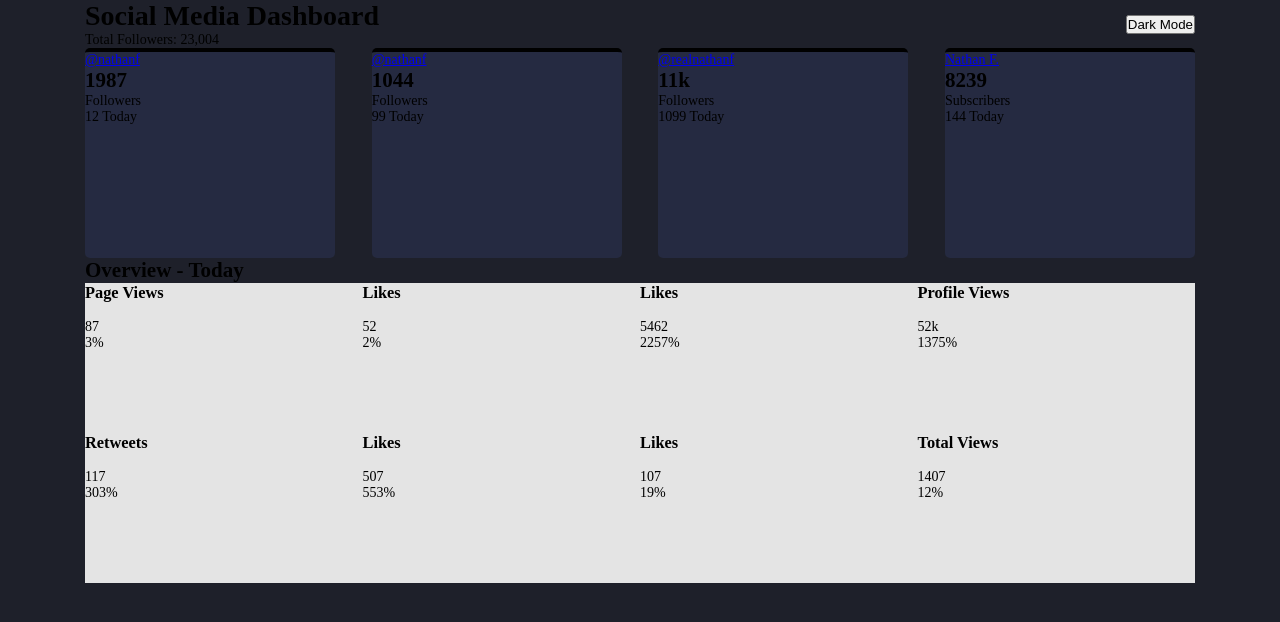
Repository: mamulini/social-media-dashboard-with-theme-switcher-master
Page: index.html
An editor plug-in stored every save of this project. The page is shown before and after the next save, followed by the edit.
The browser window is 1280 px wide. The pictures show the whole page.

Above is the page before, as saved 2020-04-06 12:57:18.

After the next save:
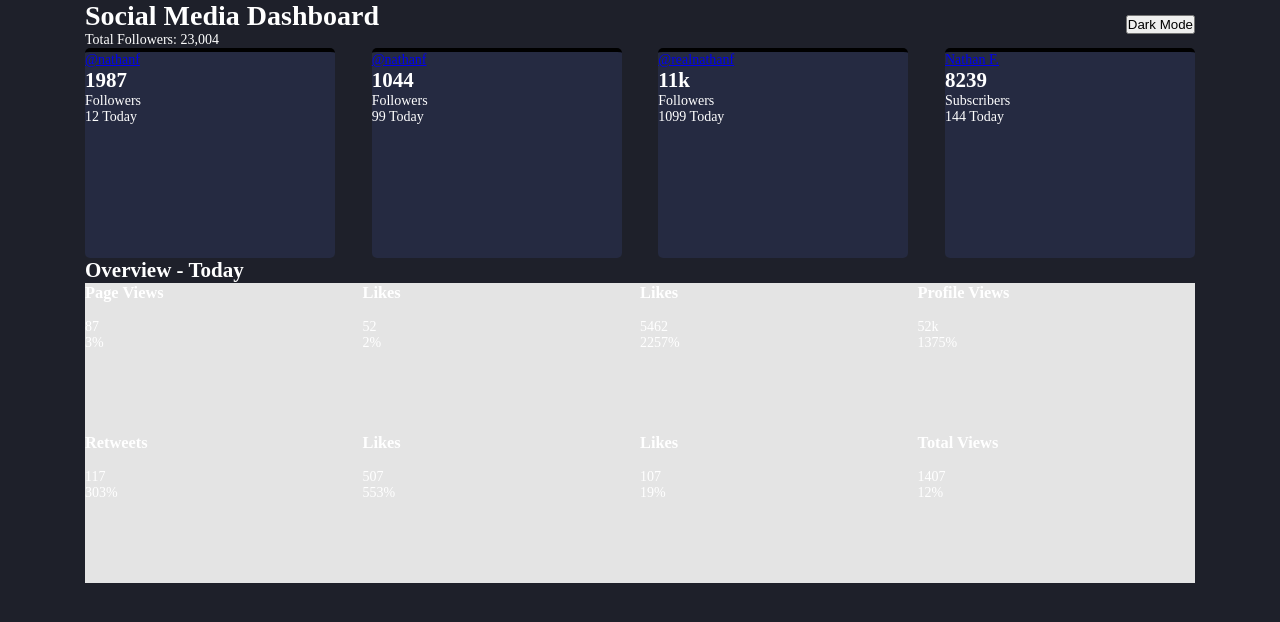
Saved 29 s later.
--- a/css/style.css
+++ b/css/style.css
@@ -7,6 +7,7 @@
 body{
     font-size: 14px;
     background: hsl(230, 17%, 14%);
+    color: #ffffff;
 }
 
 .container{
